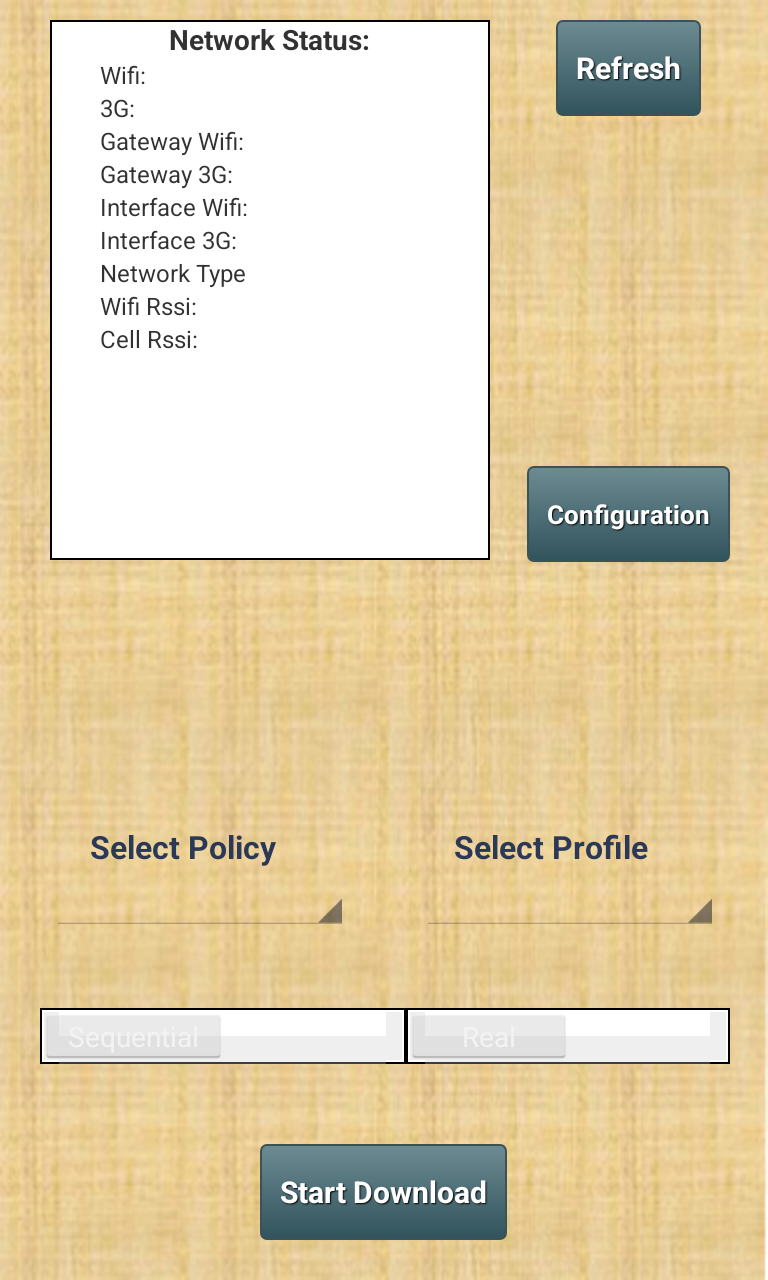
Repository: nncsang/Java-DynamicOffloading
Layout: Wifi3GProject/Wifi3GProject/res/layout/activity_main_2.xml
The author's editor kept a copy of each file at every save. The layout is drawn from the files as they stood at one save, then again after the next save.
It is drawn on a 768 x 1280 px phone screen (xhdpi) without system bars, with theme AppTheme; the app's code is not run. The app's manifest (not shown) leaves right-to-left support off. So textAlignment, textDirection and layoutDirection are ignored, and left and right values win over start and end ones.

Above is the layout before, as saved 2016-02-04 08:44:09.

After the next save:
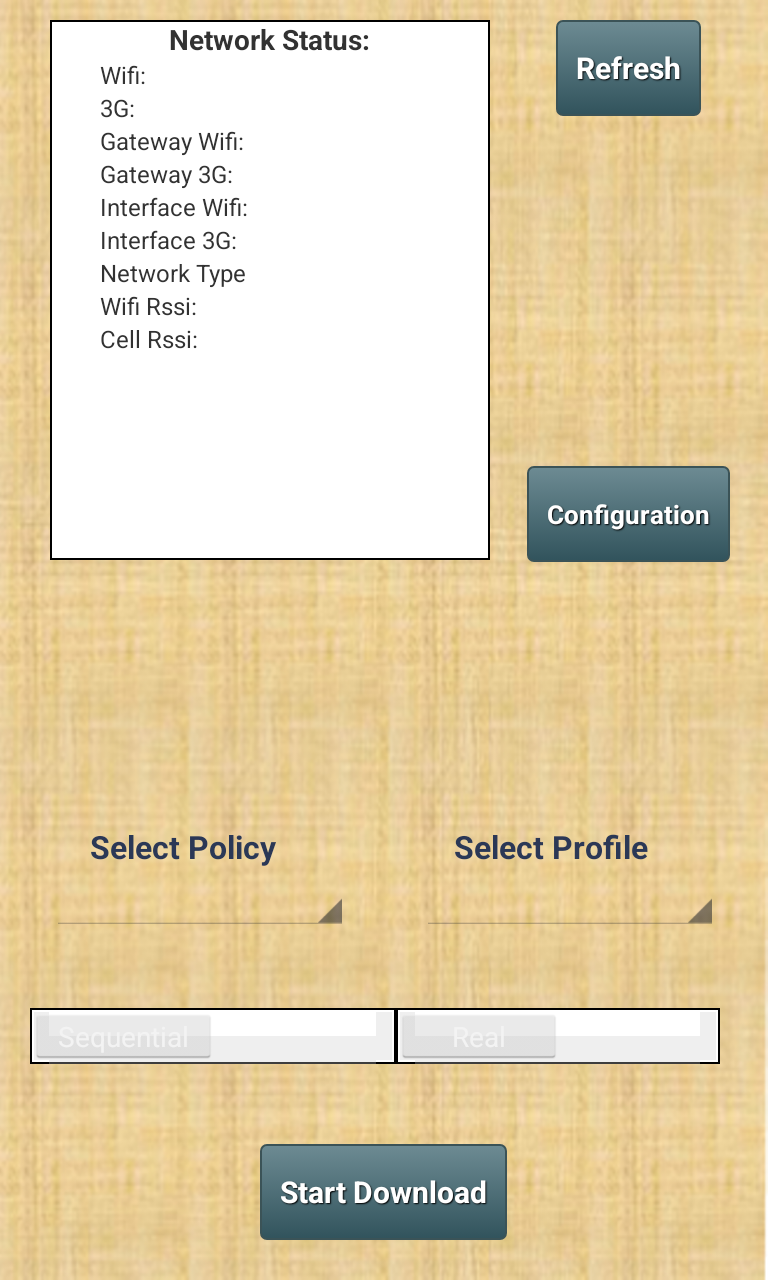
Saved 19 s later.
--- a/Wifi3GProject/Wifi3GProject/res/layout/activity_main_2.xml
+++ b/Wifi3GProject/Wifi3GProject/res/layout/activity_main_2.xml
@@ -261,7 +261,7 @@
 	        android:layout_width="wrap_content"
 	        android:layout_height="wrap_content"
 	        android:layout_marginTop="20dp"
-	        android:layout_marginLeft="20dp"
+	        android:layout_marginLeft="15dp"
 	        android:layout_gravity="center_horizontal"
 	        android:background="@drawable/borders"
 	        android:textOff="Sequential"
